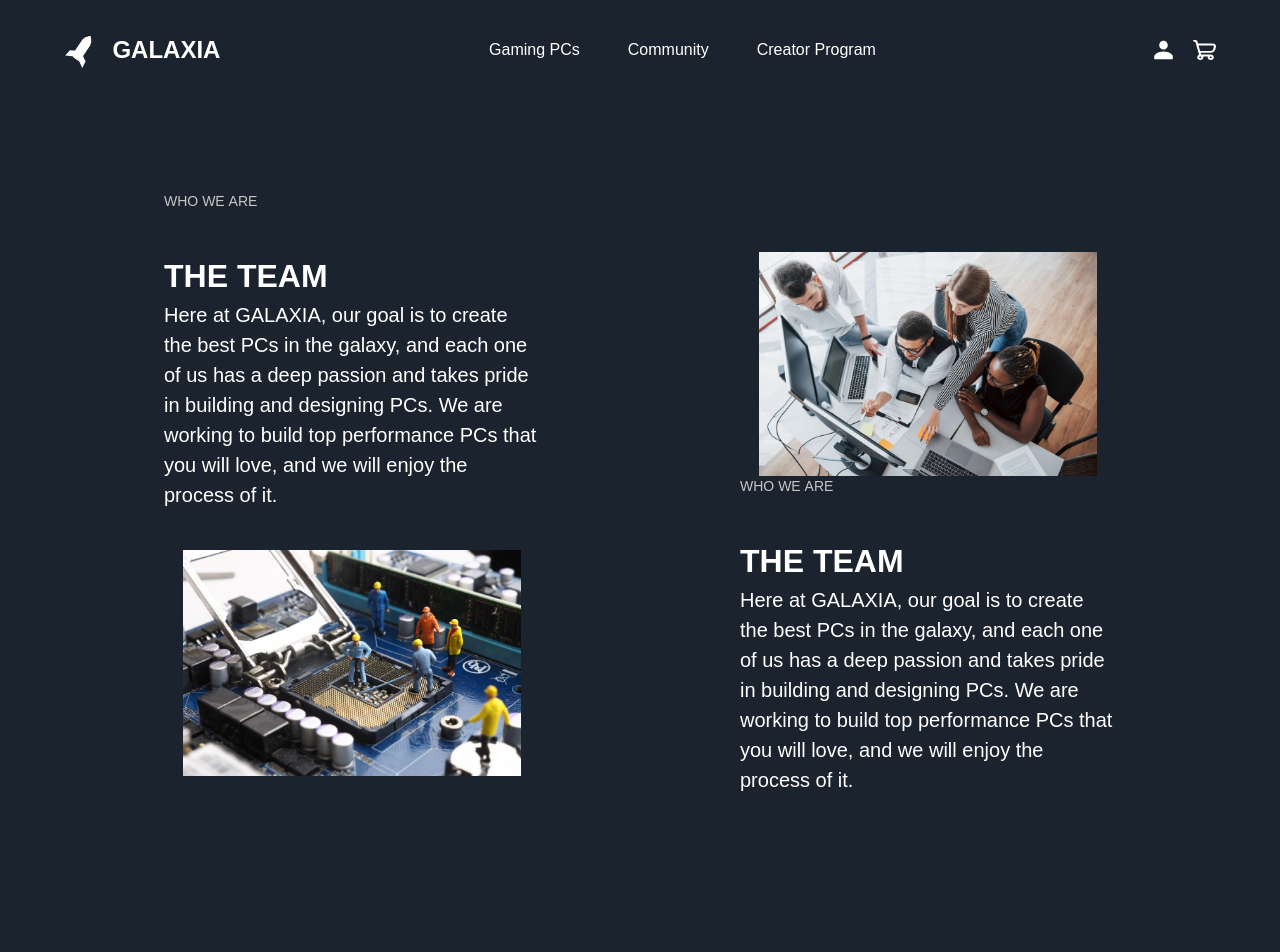
Repository: kaitlynlie/galaxia_pcs
Page: /community
The author's editor kept a copy of each file at every save. The page is drawn from the files as they stood at one save, then again after the next save.
The browser window is 1280 px wide. The pictures show the part of the page from y = 0 to 952 px (the page is 2290 px tall before and 2292 px after).
Some web fonts or font styles are not loaded; a fallback is used. The project was rebuilt for these pictures with package versions that can differ from the ones it lists, and the page was loaded fresh each time. Also part of the build but not shown: vite.config.js, components/Button.jsx, components/PCcard.jsx, components/WhyFeatures.jsx, sections/Hero.jsx, sections/Triton.jsx, sections/Neptune.jsx, sections/Jupiter.jsx and 5 more. Imported but missing from the stored project, and not drawn on this page: src/assets/video.mp4.

Above is the page before, as saved 2023-08-08 18:40:41.

After the next save:
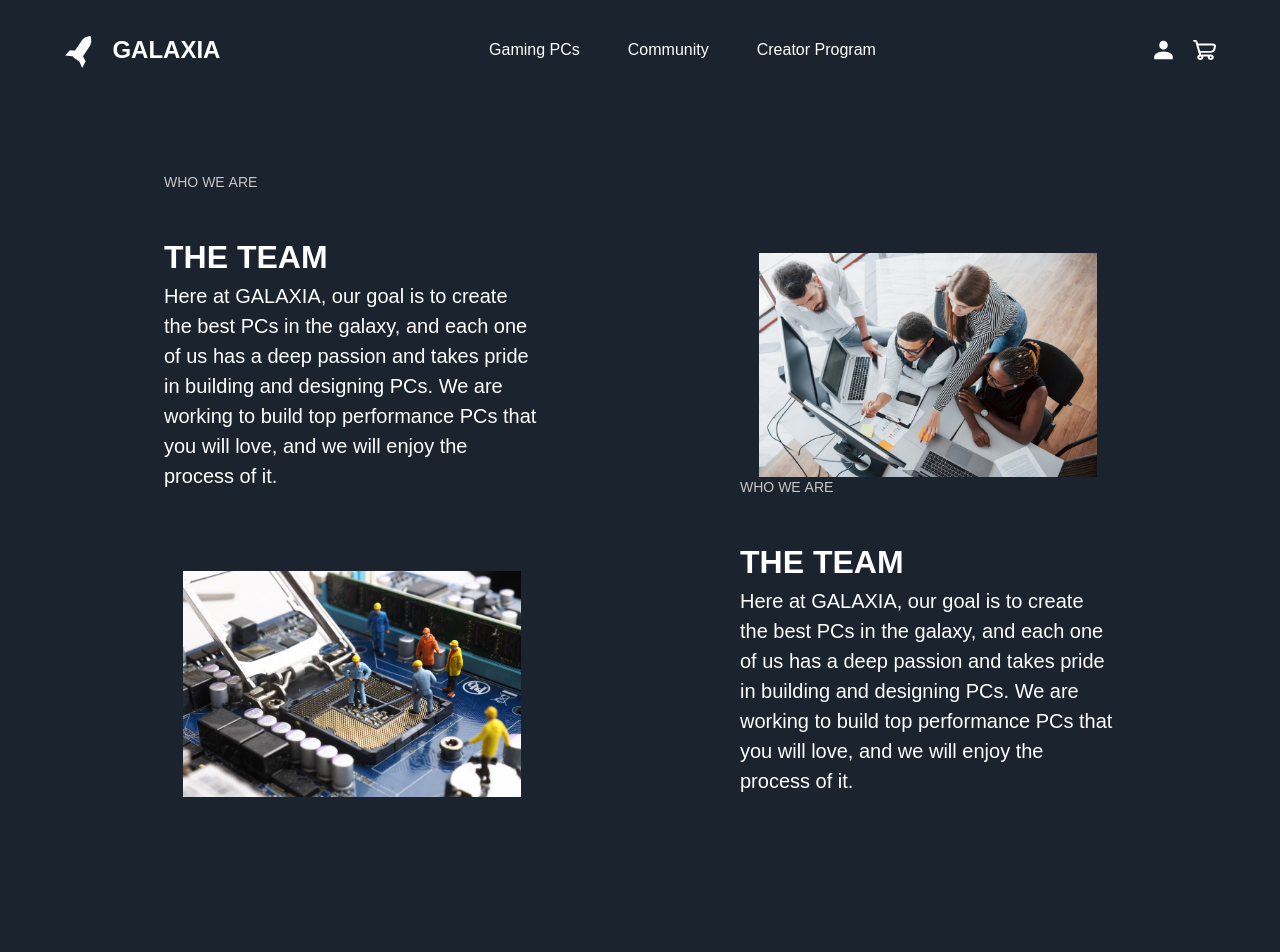
Saved 4 s later.
--- a/sections/People.jsx
+++ b/sections/People.jsx
@@ -22,7 +22,7 @@
         <img
           src="/process.png"
           alt="process"
-          className="z-10 relative w-[90%] h-[90%] mt-10"
+          className="z-10 relative w-[90%] h-[90%] mt-20"
         />
           {/* <img
             src="/team.png"
